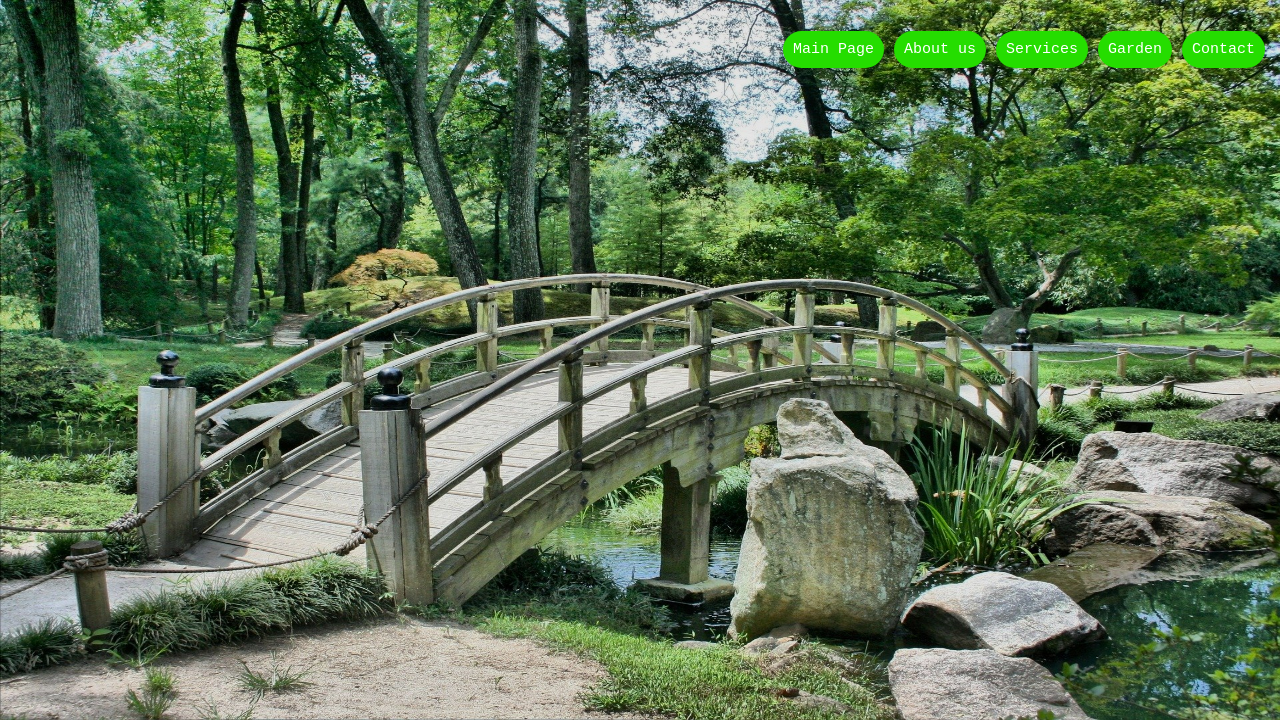
Repository: PatryxB/garden
Page: http://localhost/
An editor plug-in stored every save of this project. The page is shown before and after the next save, followed by the edit.
The browser window is 1280 px wide. The pictures show the whole page.
Some web fonts or font styles are not loaded; a fallback is used. The page is served by the project's Laravel application, run on PHP 8.4 with Laravel 8. Style sheets and scripts are compiled from the project's sources, by tool versions that may differ from the author's.

Above is the page before, as saved 2020-05-01 21:13:21.

After the next save:
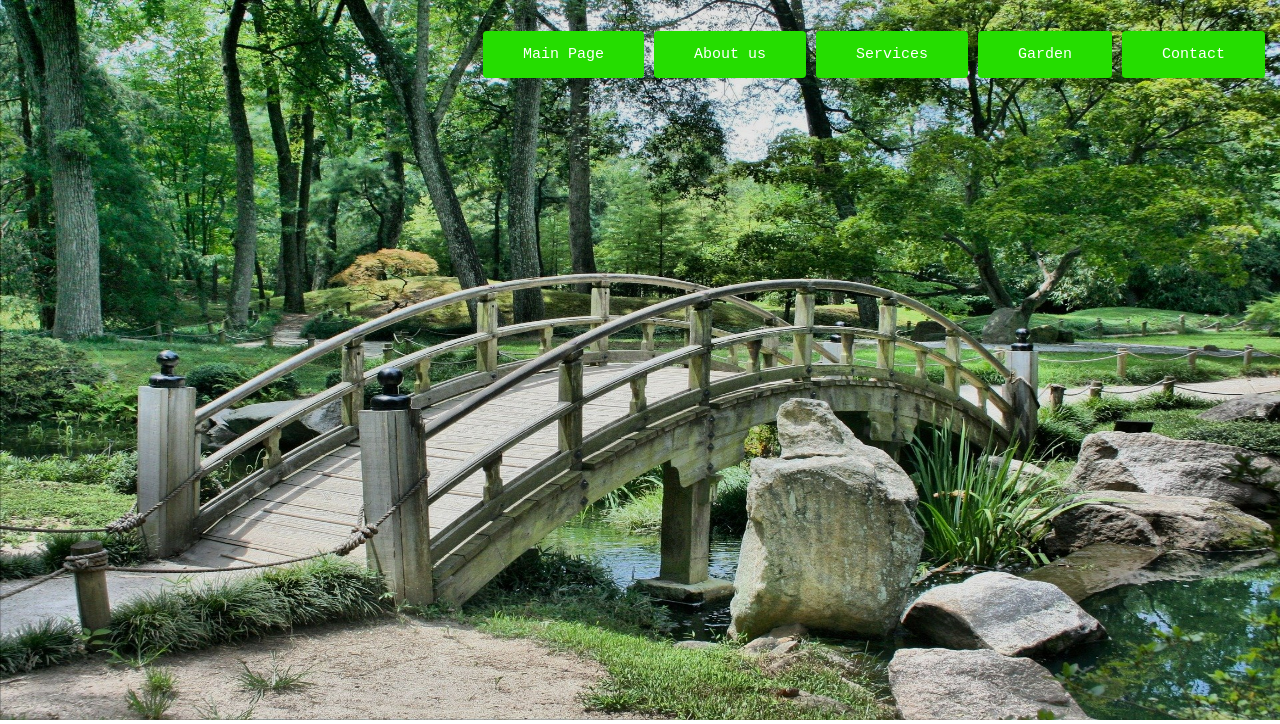
Saved 32 s later.
--- a/resources/sass/app.scss
+++ b/resources/sass/app.scss
@@ -22,9 +22,9 @@ nav ul li a{
     display: inline-block;
     background-color: rgb(37, 221, 0);
     color: white;
-    padding: 10px;
+    padding: 15px 40px;
+    border-radius: 4px;
     margin-left: 10px;
-    border-radius: 25px;
     cursor:pointer;
     transition: all 0.2s ease-in-out;
 }
